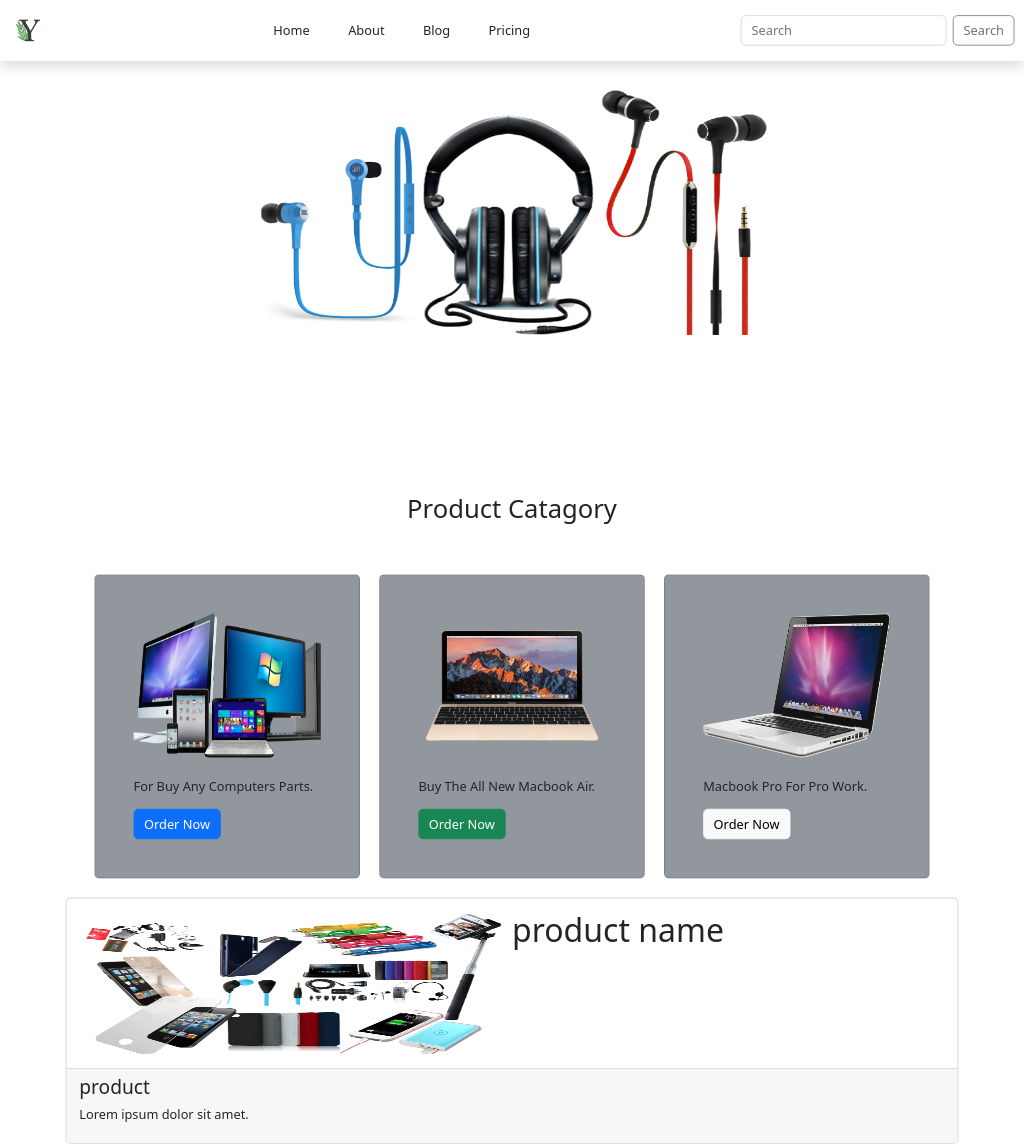
Repository: Mafuzurrahmanoli/E-Commerce-Website
Page: index.html
The author's editor kept a copy of each file at every save. The page is drawn from the files as they stood at one save, then again after the next save.
The browser window is 1280 px wide. The pictures show the whole page, at 80% of full size.

Above is the page before, as saved 2023-09-16 11:59:03.

### index.html
<!DOCTYPE html>
<html lang="en">

<head>
  <title>E-Commerce Website</title>
  <!-- Required meta tags -->
  <meta charset="utf-8" />
  <meta name="viewport" content="width=device-width, initial-scale=1, shrink-to-fit=no" />

  <!-- Bootstrap CSS v5.2.1 -->
  <link href="https://cdn.jsdelivr.net/npm/bootstrap@5.2.1/dist/css/bootstrap.min.css" rel="stylesheet"
    integrity="sha384-iYQeCzEYFbKjA/T2uDLTpkwGzCiq6soy8tYaI1GyVh/UjpbCx/TYkiZhlZB6+fzT" crossorigin="anonymous" />
  <link rel="stylesheet" href="css/style.css" />
  <link rel="shortcut icon" href="img/favicon.png" type="image/x-icon">
</head>

<body>
  <header>
    <!-- place navbar here -->
    <nav class="navbar navbar-expand-lg navbar-light shadow">
      <div class="container-fluid">
        <a class="navbar-brand" href="#"" target=" _blank">
          <img src="img/logo.png" alt="logo" style="width: 50px;">
        </a>
        <button class="navbar-toggler" type="button" data-bs-toggle="collapse" data-bs-target="#navbarSupportedContent"
          aria-controls="navbarSupportedContent" aria-expanded="false" aria-label="Toggle navigation">
          <span class="navbar-toggler-icon"></span>
        </button>
        <div class="collapse navbar-collapse" id="navbarSupportedContent">
          <ul class="navbar-nav me-auto mb-2 mb-lg-0 mx-auto">
            <li class="nav-item mx-3">
              <a class="nav-link active text-dark" aria-current="page" href="#">Home</a>
            </li>
            <li class="nav-item mx-3">
              <a class="nav-link text-dark" href="#">About</a>
            </li>
            <li class="nav-item mx-3">
              <a class="nav-link text-dark" href="#">Blog</a>
            </li>
            <li class="nav-item mx-3">
              <a class="nav-link text-dark" href="#">Pricing</a>
            </li>
          </ul>
          <form class="d-flex" role="search">
            <input class="form-control me-2" type="search" placeholder="Search" aria-label="Search">
            <button class="btn btn-outline-secondary" type="submit">Search</button>
          </form>
        </div>
      </div>
    </nav>
    <!-- Navbar end here -->
    <!-- Slider Start -->
    <div class="container">
      <div class="row">
        <div class=" col-md-11 mx-auto mt-4">
          <div id="carouselExampleIndicators" class="carousel slide" style="height: 500px; width: 80%; margin: auto;;">
            <div class="carousel-indicators" style="background-color: transparent;">
              <button type="button" data-bs-target="#carouselExampleIndicators" data-bs-slide-to="0" class="active"
                aria-current="true" aria-label="Slide 1"></button>
              <button type="button" data-bs-target="#carouselExampleIndicators" data-bs-slide-to="1"
                aria-label="Slide 2"></button>
              <button type="button" data-bs-target="#carouselExampleIndicators" data-bs-slide-to="2"
                aria-label="Slide 3"></button>
            </div>
            <div class="carousel-inner">
              <div class="carousel-item active">
                <img src="img/headphone.png" class="d-block w-100" alt="headphone">
              </div>
              <div class="carousel-item">
                <img src="img/macbook pro.png" class="d-block w-100" alt="macbook">
              </div>
              <div class="carousel-item">
                <img src="img/computer.png" class="d-block w-100" alt="computer">
              </div>
            </div>
            <button class="carousel-control-prev" type="button" data-bs-target="#carouselExampleIndicators"
              data-bs-slide="prev">
              <span class="carousel-control-prev-icon" aria-hidden="true" style="background-color: transparent;"></span>
              <span class="visually-hidden">Previous</span>
            </button>
            <button class="carousel-control-next" type="button" data-bs-target="#carouselExampleIndicators"
              data-bs-slide="next">
              <span class="carousel-control-next-icon" aria-hidden="true" style="background-color: transparent;"></span>
              <span class="visually-hidden">Next</span>
            </button>
          </div>
        </div>
      </div>
    </div>
    <!-- Slider End -->
  </header>
  <main>
    <!-- Product catagory section start -->
    <div class="container">
      <h2 class="text-center text-capitalize p-3">product catagory</h2>
      <div class="row justify-content-between m-4 row-cols-1 row-cols-md-2 row-cols-lg-3 g-4">
        <div class="col">
          <div class="card bg-secondary bg-opacity-75">
            <div class="card-body p-5">
              <img src="img/computer.png" alt="computer" class="w-100">
              <p class="text-capitalize mt-4">For buy any computers parts.</p>
              <a href="#" target="_blank" class="btn btn-primary text-capitalize">order now</a>
            </div>
          </div>
        </div>
        <div class="col">
          <div class="card bg-secondary bg-opacity-75">
            <div class="card-body p-5">
              <img src="img/macbook air.png" alt="macbook air" class="w-100">
              <p class="text-capitalize mt-4">buy the all new macbook air.</p>
              <a href="#" target="_blank" class="btn btn-success text-capitalize">order now</a>
            </div>
          </div>
        </div>
        <div class="col">
          <div class="card bg-secondary bg-opacity-75">
            <div class="card-body p-5">
              <img src="img/macbook pro.png" alt="macbook pro" class="w-100">
              <p class="text-capitalize mt-4">macbook pro for pro work.</p>
              <a href="#" target="_blank" class="btn btn-light text-capitalize">order now</a>
            </div>
          </div>
        </div>
      </div>
    </div>
    <!-- Product catagory section end -->
    <!-- Popular product section start -->
    <div class="container">
      <div class="row row-cols-1 row-cols-md-2 row-cols-lg-1">
        <div class="col">
          <div class="card">
            <div class="card-body d-flex">
              <img class="w-50" src="img/Mobile.png" alt="">
              <h1 class="text-u">product name</h1>
            </div>
            <div class="card-footer">
              <h4>product</h4>
              <p>Lorem ipsum dolor sit amet.</p>
            </div>
          </div>
        </div>
      </div>
    </div>
    <!-- Popular product section end -->
  </main>
  <footer>
    <!-- place footer here -->
  </footer>
  <!-- Bootstrap JavaScript Libraries -->
  <script src="https://cdn.jsdelivr.net/npm/@popperjs/core@2.11.6/dist/umd/popper.min.js"
    integrity="sha384-oBqDVmMz9ATKxIep9tiCxS/Z9fNfEXiDAYTujMAeBAsjFuCZSmKbSSUnQlmh/jp3"
    crossorigin="anonymous"></script>

  <script src="https://cdn.jsdelivr.net/npm/bootstrap@5.2.1/dist/js/bootstrap.min.js"
    integrity="sha384-7VPbUDkoPSGFnVtYi0QogXtr74QeVeeIs99Qfg5YCF+TidwNdjvaKZX19NZ/e6oz"
    crossorigin="anonymous"></script>
</body>

</html>

### css/style.css
* {
    margin: 0;
    padding: 0;
    outline: 0;
}

.carousel-inner img {
    height: 50vh;
}
.card-body img{
    height: 25vh;
}

After the next save:
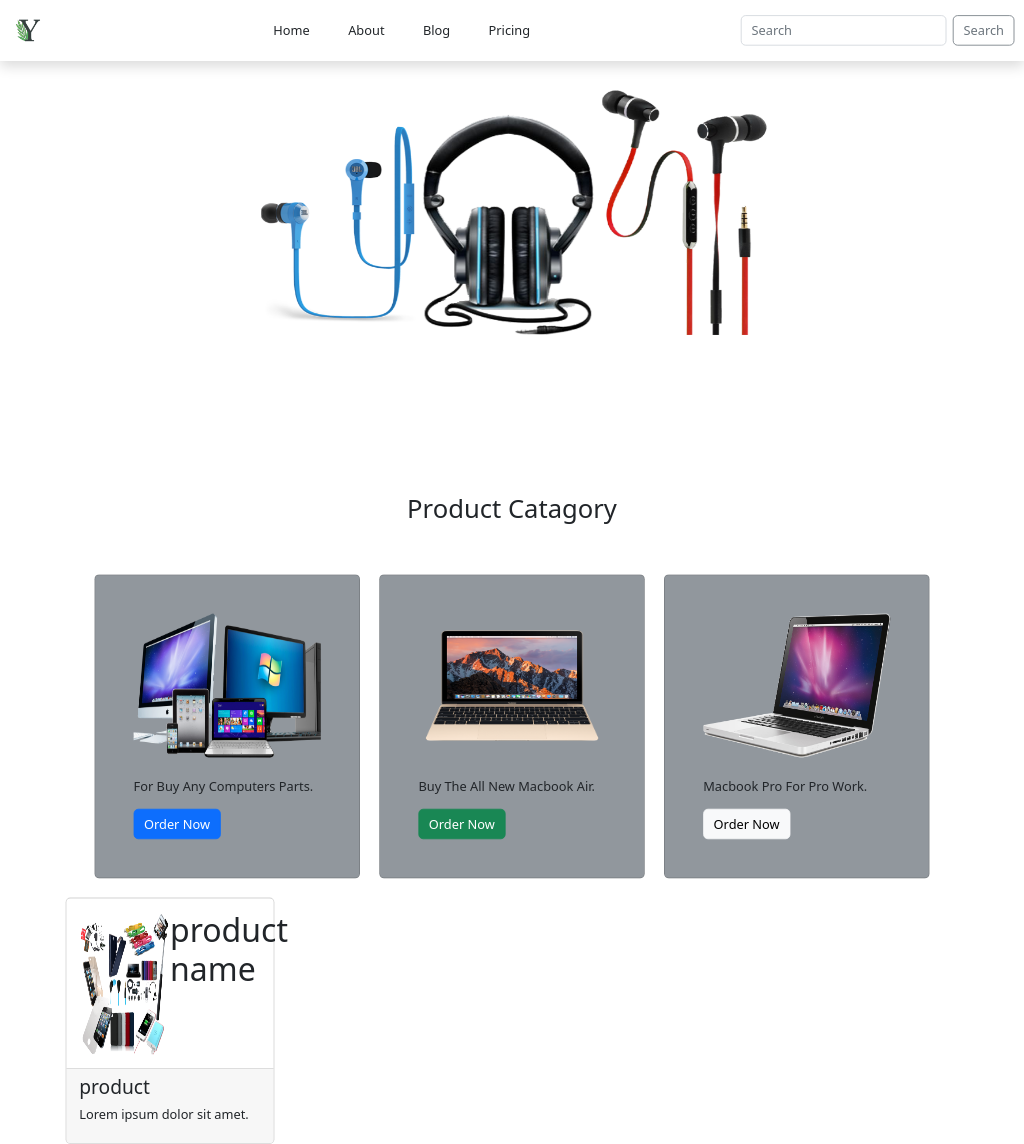
Saved 8 s later.
--- a/index.html
+++ b/index.html
@@ -126,7 +126,7 @@
     <!-- Product catagory section end -->
     <!-- Popular product section start -->
     <div class="container">
-      <div class="row row-cols-1 row-cols-md-2 row-cols-lg-1">
+      <div class="row row-cols-1 row-cols-md-2 row-cols-lg-4">
         <div class="col">
           <div class="card">
             <div class="card-body d-flex">
